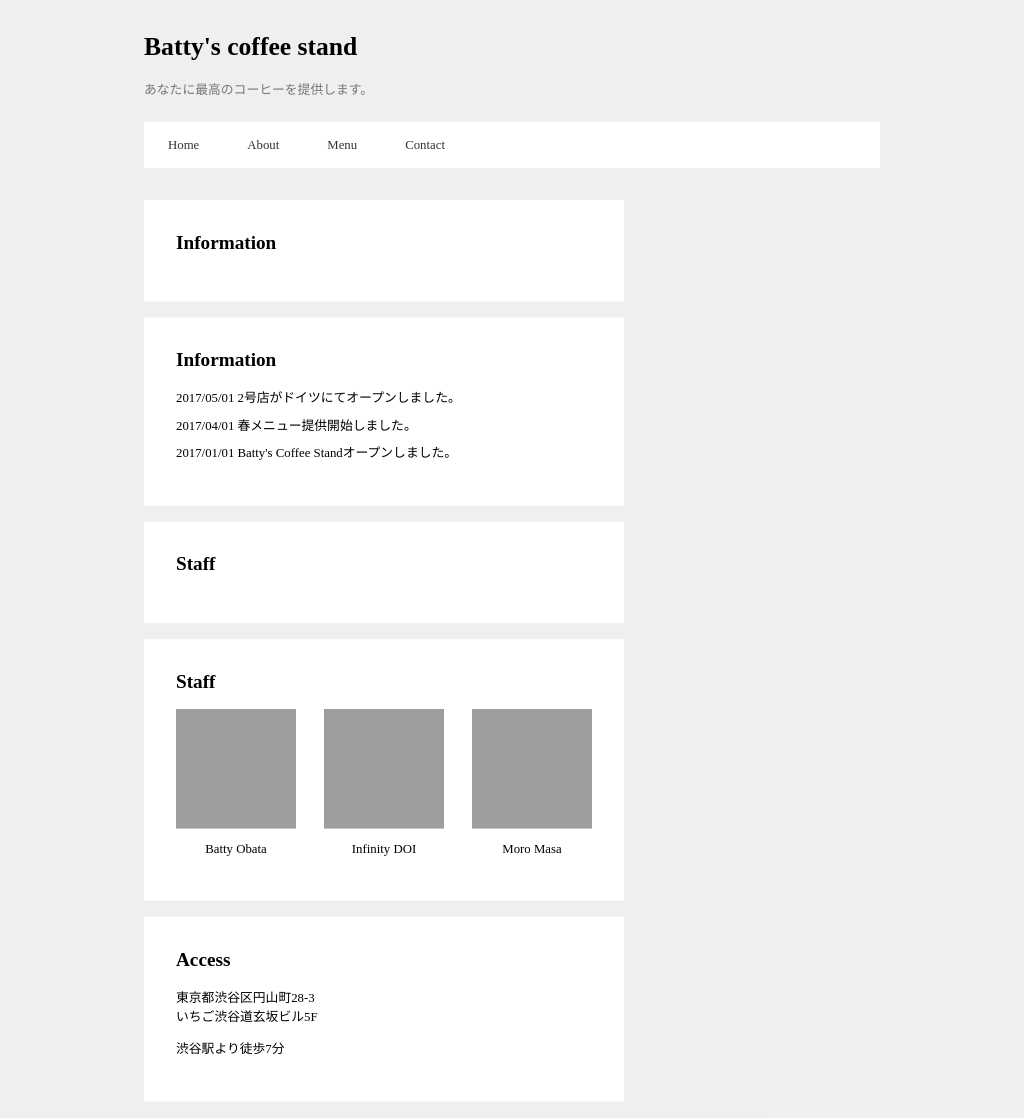
Repository: KawashimaRyuma/mynews
Page: html/batty_coffee_stand/index.html
The author's editor kept a record of every edit. The page is drawn from the files as they stood at one moment, then again after the next edit.
The browser window is 1280 px wide. The pictures show the whole page, at 80% of full size.
Pictures or frames that could not be fetched are drawn as grey boxes.

Above is the page before.

After the next edit:
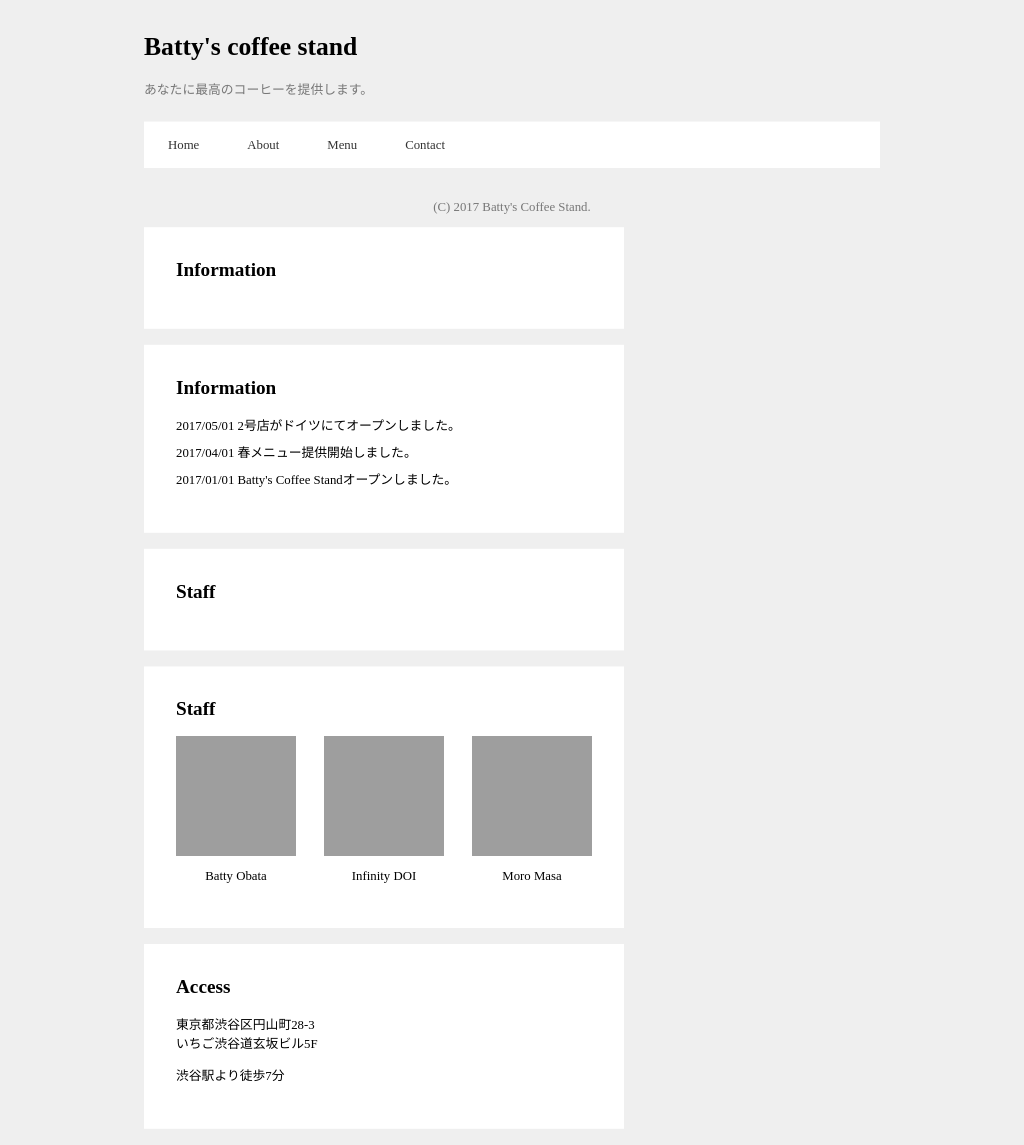
The edit:
--- a/html/batty_coffee_stand/index.html
+++ b/html/batty_coffee_stand/index.html
@@ -23,6 +23,9 @@
   </div>
 </header>
 <div class="main">
+  <footer>
+  <p class="copyright">(C) 2017 Batty's Coffee Stand.</p>
+</footer>
   <div class="container">
     <div class="left-contents">
     <div class="card-contents">
